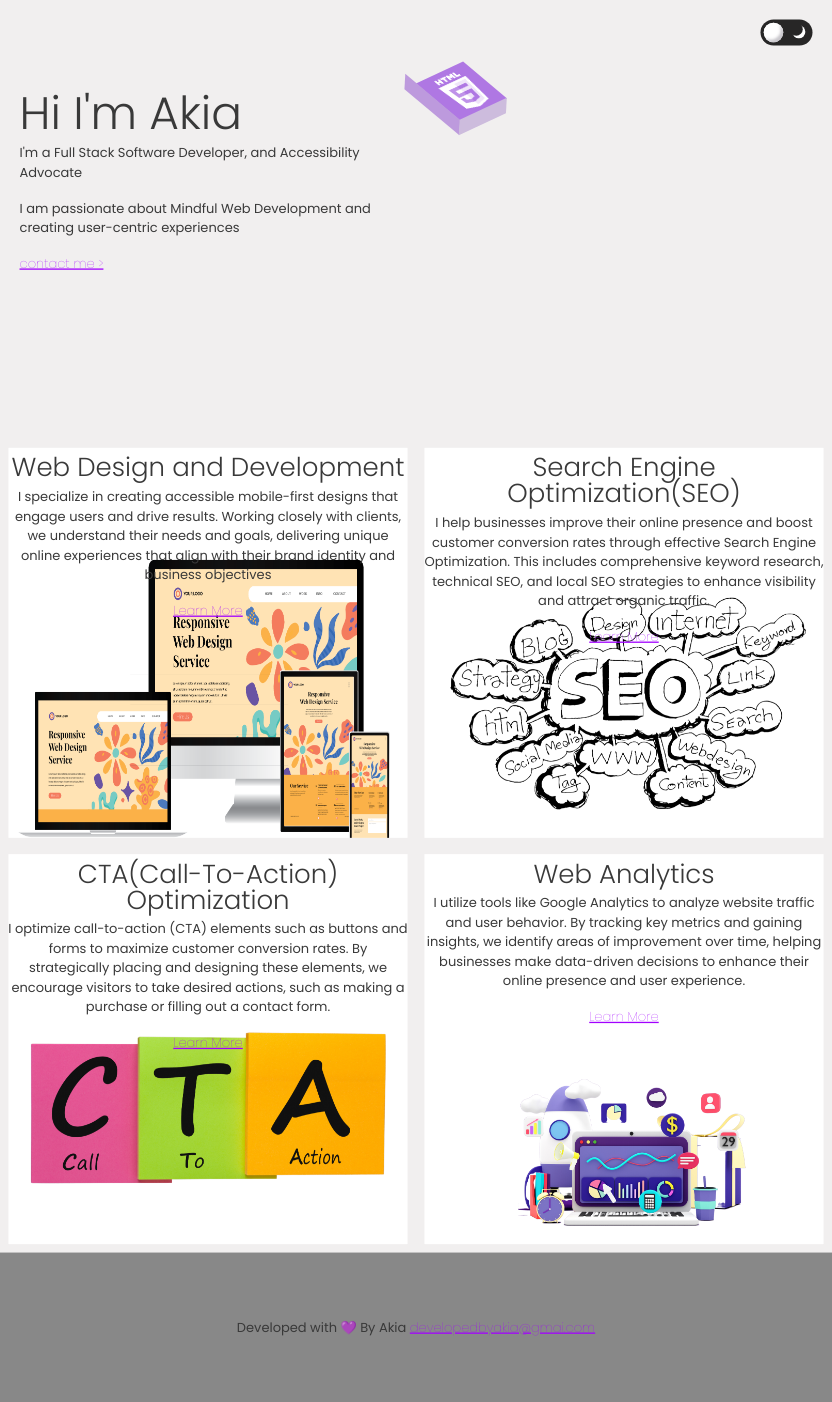
Repository: akiachenise/akiachenise.github.io
Page: index.html
The author's editor kept a copy of each file at every save. The page is drawn from the files as they stood at one save, then again after the next save.
The browser window is 1280 px wide. The pictures show the whole page, at 65% of full size.

Above is the page before, as saved 2023-06-08 22:31:53.

### index.html
<!DOCTYPE html>
<html lang = "en">
<head>
     <meta charset="utf-8" />
     <title>Developed By Akia</title>
     <link rel="stylesheet" href="css/styles.css" />
     <meta name="viewport" content="width=device-width, initial-scale=1">
</head>
<body>
    <header>
        <div class="switch">
            <div class="flicker"></div>
            <div class="moon"></div>
        </div>
    </header>

    <section class="main">
        <div class="main-text">
            <h1>Hi I'm Akia</h1>
            <p>I'm a Full Stack Software Developer, and Accessibility Advocate</p>
            <br/>
            <p>I am passionate about Mindful Web Development and creating user-centric experiences</p>
            <br/>
            <a href="#footer">contact me ></a>
        </div>

        <div class="hero-image">
            <div class="cube" id="react"></div>
            <div class="cube" id="javascript"></div>
            <div class="cube" id="html"></div>
            <div class="cube" id="css"></div>
        </div>

        </section>
    <section class="sub-section">
        <div class="square" id="web-design">
            <h2>Web Design and Development</h2>
            <p>I specialize in creating accessible mobile-first designs that engage users and drive results. Working closely with clients, we understand their needs and goals, delivering unique online experiences that align with their brand identity and business objectives</p>
            </br>
            <a href="">Learn More</a>
        </div>
        <div class="square" id="search-engine">
            <h2>Search Engine Optimization(SEO)</h2>
            <p>I help businesses improve their online presence and boost customer conversion rates through effective Search Engine Optimization. This includes comprehensive keyword research, technical SEO, and local SEO strategies to enhance visibility and attract organic traffic.</p>
            </br>
            <a href="">Learn More</a>
        </div>
        <div class="square" id="call-to-action">
            <h2>CTA(Call-To-Action) Optimization</h2>
            <p>I optimize call-to-action (CTA) elements such as buttons and forms to maximize customer conversion rates. By strategically placing and designing these elements, we encourage visitors to take desired actions, such as making a purchase or filling out a contact form.</p>
            </br>
            <a href="">Learn More</a>
        </div>
        <div class="square" id="web-analytics">
            <h2>Web Analytics</h2>
            <p>I utilize tools like Google Analytics to analyze website traffic and user behavior. By tracking key metrics and gaining insights, we identify areas of improvement over time, helping businesses make data-driven decisions to enhance their online presence and user experience.</p>
            </br>
            <a href="">Learn More</a>
        </div>
<!--<div class="square" id="coming-soon"></div>
            <h2>COMING SOON: Mindful Melanin</h2>
            <p>As an additional offering, I am developing an accessible web application called Mindful Melanin. This platform empowers black women by providing daily affirmations, journaling spaces, and goal setting and tracking features. It promotes self-care, mental well-being, and personal growth in a modern and accessible way.</p>
            </br>
            <a href="">Learn More</a>
        </div>-->
    </section>

        <footer id ="footer">
            <p>Developed with 💜 By Akia <a href="mailto:developedbyakia@gmail.com">developedbyakia@gmai.com</a></p>


            <script src="js/scripts.js"></script>
        </body>
    </html>

### css/styles.css
@import url('https://fonts.googleapis.com/css2?family=Poppins:ital,wght@0,100;0,200;0,300;0,400;0,500;0,600;0,700;0,800;0,900;1,100;1,200;1,400;1,500;1,600;1,700;1,800;1,900&display=swap');

body {
    transition: 0.3s;
    margin: 0;
    padding: 0;
    background-color: rgb(241, 239, 239);
    font-family: 'Poppins', sans-serif;
    color: rgb(57, 57, 57);
}

h1 {
    font-size: 70px;
    line-height:70px;
    font-weight: 300;
    margin: 10px 0;
}

h2 {
    font-size: 40px;
    line-height: 40px;
    font-weight: 300;
    margin: 10px 0;
}

p {
    margin: 0px;
    font-size: 20px;
}

a {
    color:rgb(162, 0, 255);
    font-size: 20px;
    font-weight: 100;
}

.dark a {
    color: rgb(246, 169, 241);
}


header {
    display: flex;
    justify-content: flex-end;
    padding: 30px;
}

.switch {
  width: 80px;
  height: 40px;
  border-radius: 20px;
  background-color: rgb(39, 38, 38);
  position: relative;
}

.flicker {
  width: 30px;
  height: 30px;
  border-radius: 15px;
  background-color: rgb(255, 255, 255);
  position: absolute;
  top: 5px;
  left: 5px;
  transition: 0.3s;
  box-shadow:
    inset 4px 4px 4px rgb(255, 255, 255),
    inset -4px -4px 4px rgb(195 193 198 / 90%);
}

.dark {
    background-color: rgb(57, 57, 57);
    transition: 0.3s;
}

.moon {
    width: 20px;
    height: 20px;
    border-radius: 10px;
    box-shadow: 4px 4px 0 0 rgb(255, 255, 255);
    position: absolute;
    top: 5px;
    left: 45px;
}

.dark .flicker {
    transform: translateX(40px);
    transition: 0.3s;
}

.dark > * {
    color: rgb(255, 255, 255);
}

.main{
    height: 80vh;
    display: flex;
    flex-direction: row;
}
.main-text {
    padding: 30px;
}

.square {
    width: 98%;
    margin: 1%;
    height: 350px;
    background-color: rgb(255, 255, 255);
    text-align: center;
}

.dark .square {
    background-color: rgb(71, 71, 71);
}
#web-design {
    background-image: url("../images/web-design.png");
    background-size: cover;
}

#search-engine {
    background-image: url("../images/search-engine.png");
    background-size: cover;
}

#call-to-action {
    background-image: url("../images/call-to-action.png");
    background-size: cover;
}

#web-analytics {
    background-image: url("../images/web-analytics.png");
    background-size: cover;
}

#coming-soon {
    background-image: url("../images/coming-soon-light.png");
    background-size: cover;
}
.dark #coming-soon {
    background-image: url("../images/coming-soon-dark.png");
    background-size: cover;
}

.sub-section {
    display: flex;
    flex-wrap: wrap;
}

.hero-image {
    position: relative;
    width: 50%;
    height: 350px;
}

.cube {
    position: absolute;
    width: 80px;
    height: 80px;
    transform:rotate(-25deg) skew(25deg);
}

.cube:before {
    position: absolute;
    content: "";
    width: 21px;
    height: 100px;

    transform: skewY(-45deg);
    left: -20px;
    bottom: -10px;
}

.cube:after {
    position: absolute;
    content: "";
    width: 100%;
    height: 21px;
    transform: skewX(-45deg);
    left: -10px;
    bottom: -20px;
}

#html {
    background-image: url("../images/html-square.png");
    background-size: cover;
    background-color: rgb(175, 119, 227);
}

#html:before {
    background-color: rgb(189, 154, 221);
}

#html:after {
    background-color: rgb(205, 188, 221);
}















footer {
    display: flex;
    justify-content: center;
    padding: 100px 30px;
    background-color: rgb(136, 136, 136);
}

.dark footer {
    background-color: (28, 28, 28);
}


@media only screen and (min-width: 970px) {
    .main-text {
        width: 50%;
    }
    .square {
        width: 48%;
        margin: 1%;
        height: 600px;
    }
}

### js/scripts.js
const switchElement = document.querySelector('.switch')

switchElement.addEventListener('click', () => {
  document.body.classList.toggle('dark')
})

After the next save:
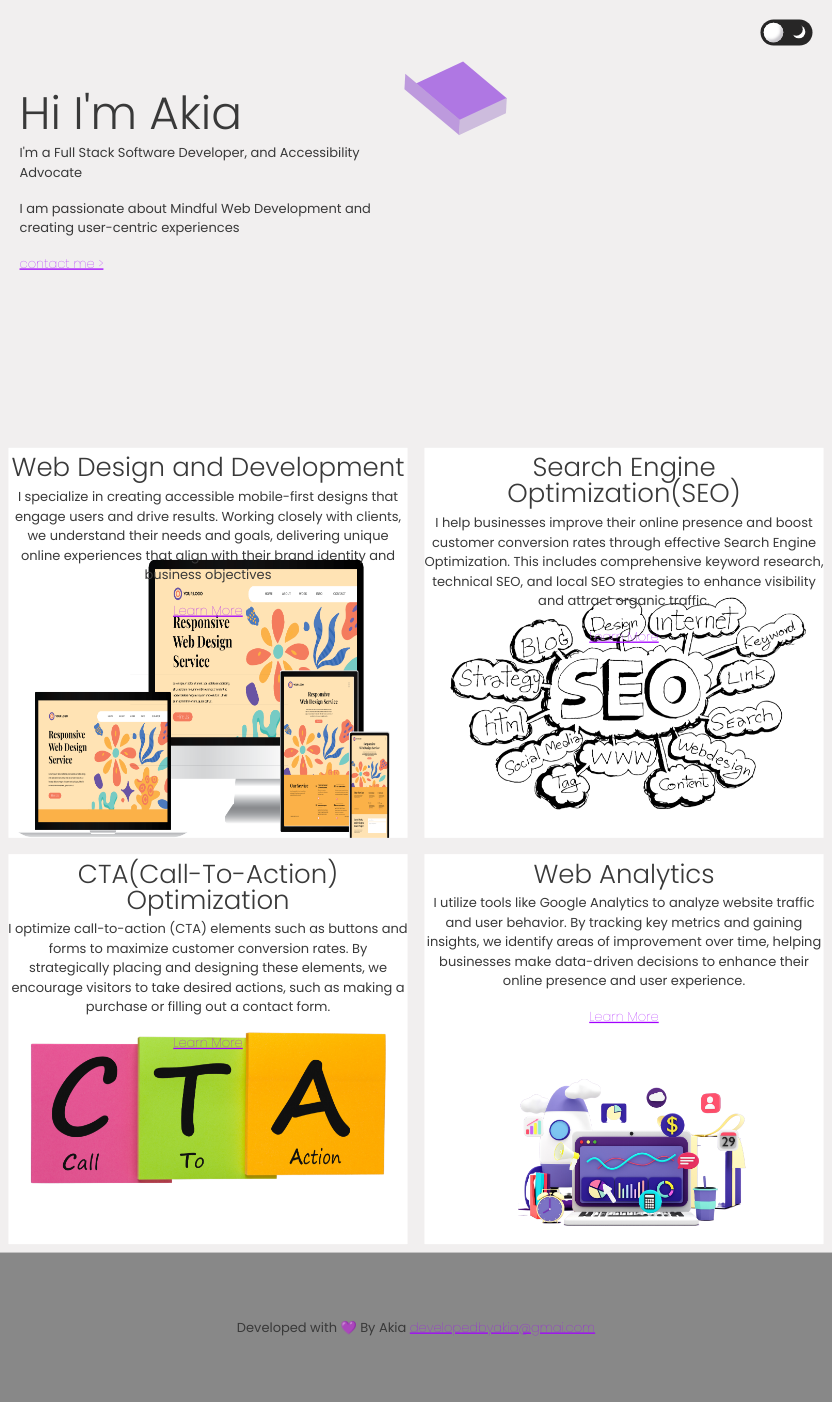
Not found: css/images/html-square.png
Saved 6 min 1 s later.
--- a/css/styles.css
+++ b/css/styles.css
@@ -180,7 +180,7 @@ header {
 }
 
 #html {
-    background-image: url("../images/html-square.png");
+    background-image: url("images/html-square.png");
     background-size: cover;
     background-color: rgb(175, 119, 227);
 }

After the save that followed:
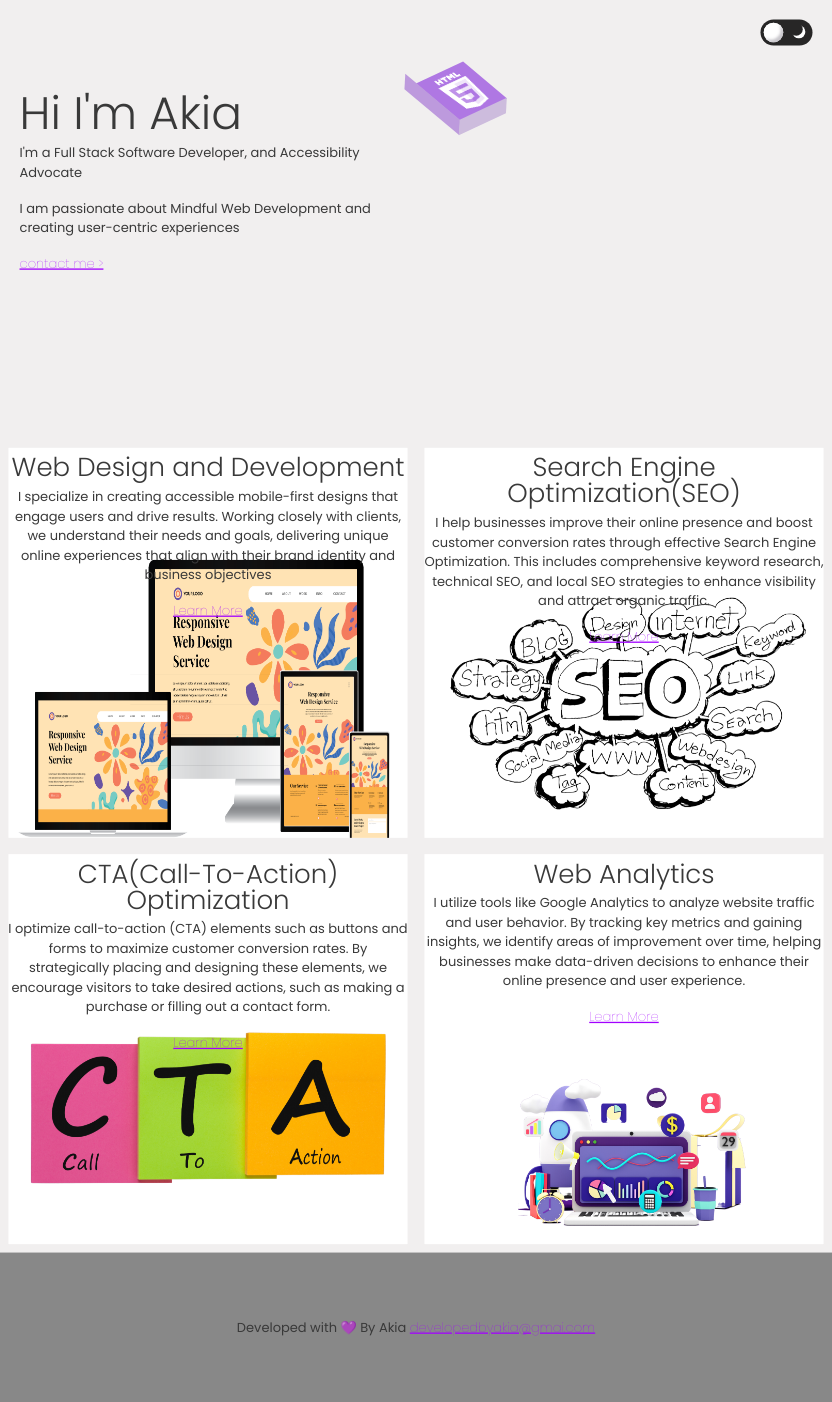
Saved 5 min 12 s later.
--- a/css/styles.css
+++ b/css/styles.css
@@ -180,7 +180,7 @@ header {
 }
 
 #html {
-    background-image: url("images/html-square.png");
+    background-image: url("../images/html-square.png");
     background-size: cover;
     background-color: rgb(175, 119, 227);
 }
